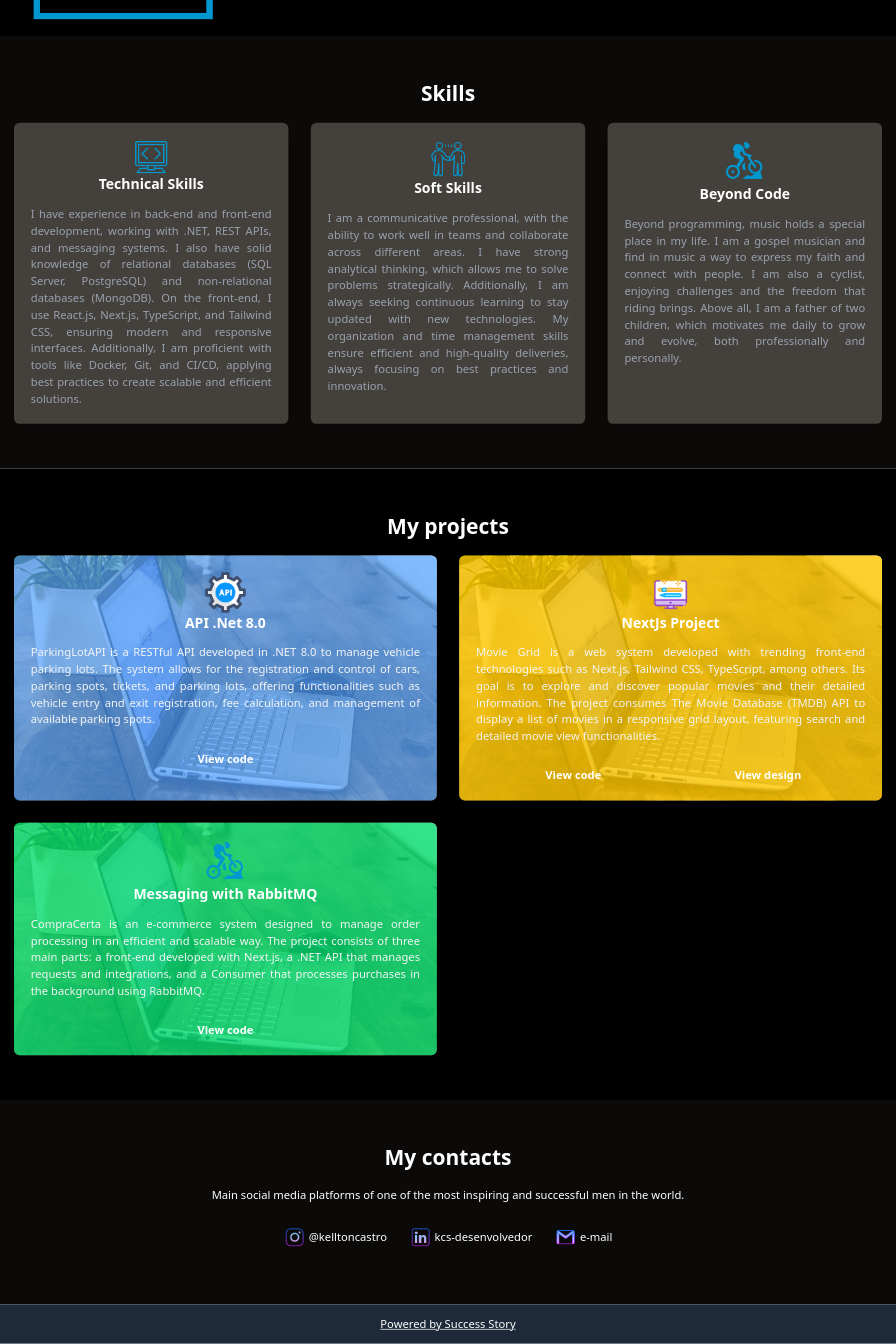
Repository: kcsdesenvolvedor/portfolio
Page: src/index.html
The author's editor kept a copy of each file at every save. The page is drawn from the files as they stood at one save, then again after the next save.
The browser window is 1280 px wide. The pictures show the part of the page from y = 918 to 2838 px (the page is 2838 px tall), at 70% of full size.

Above is the page before, as saved 2025-03-23 16:33:16.
Console error: TypeError: Cannot read properties of null (reading 'textContent')

After the next save:
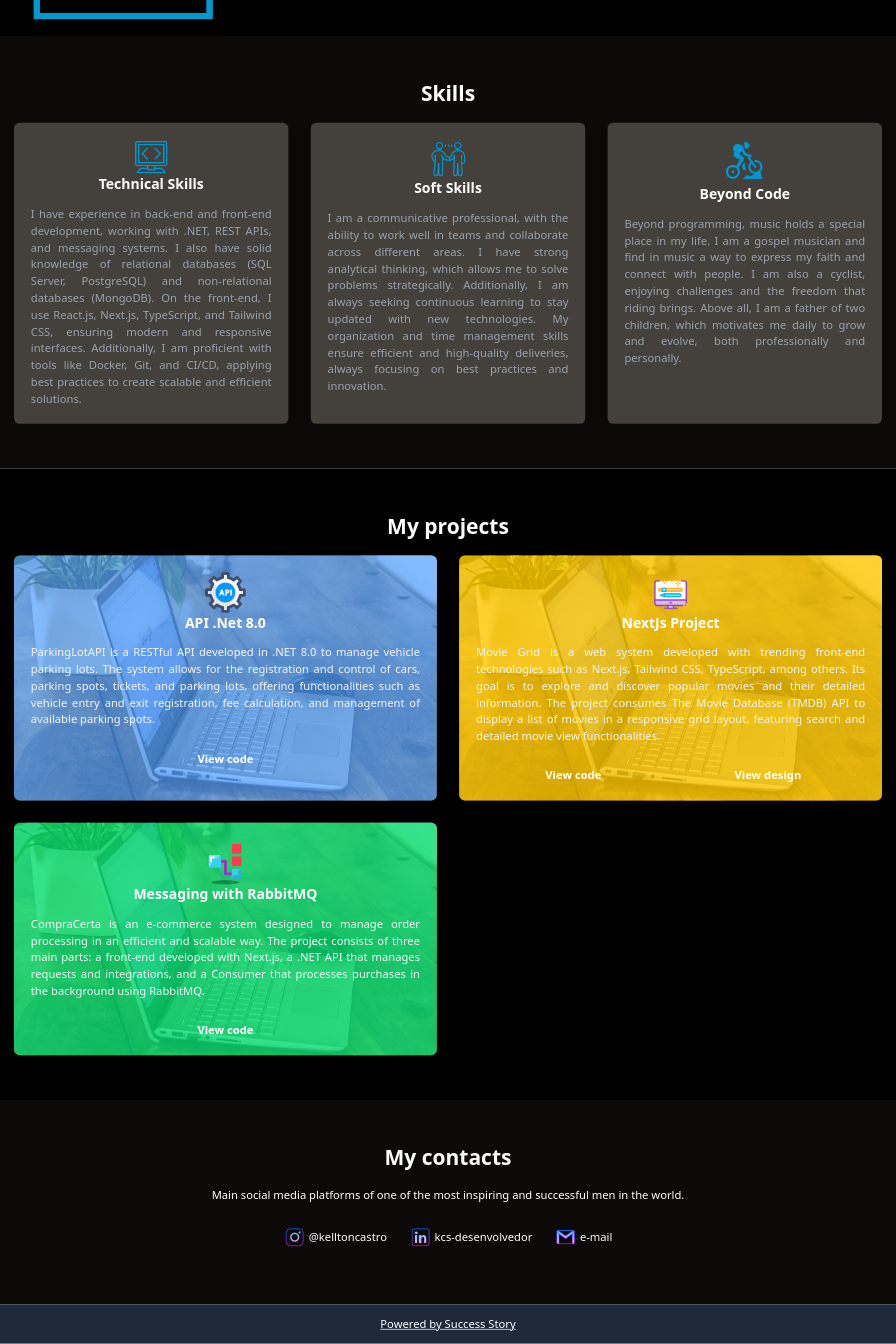
Saved 13 min 49 s later.
--- a/src/index.html
+++ b/src/index.html
@@ -237,7 +237,7 @@
                 bg-[url('./img/homeoffice.jpg')] bg-cover bg-center bg-opacity-20">
                     <div class="absolute inset-0 bg-green-400/80 rounded-lg"></div>
                     <div class="relative z-10 flex flex-col items-center">
-                        <img src="./img/beyond-code.png" alt="imagem de beyond code">
+                        <img src="./img/mensageria.png" alt="imagem de mensageria">
                         <h4 class="text-xl text-white font-bold mb-4">Messaging with RabbitMQ</h4>
                         <p class="text-gray-100 text-justify">CompraCerta is an e-commerce system designed to manage order processing in an efficient and scalable way. The project consists of three main parts: a front-end developed with Next.js, a .NET API that manages requests and integrations, and a Consumer that processes purchases in the background using RabbitMQ.</p>
                         <div class="flex justify-center mt-8 w-full">
